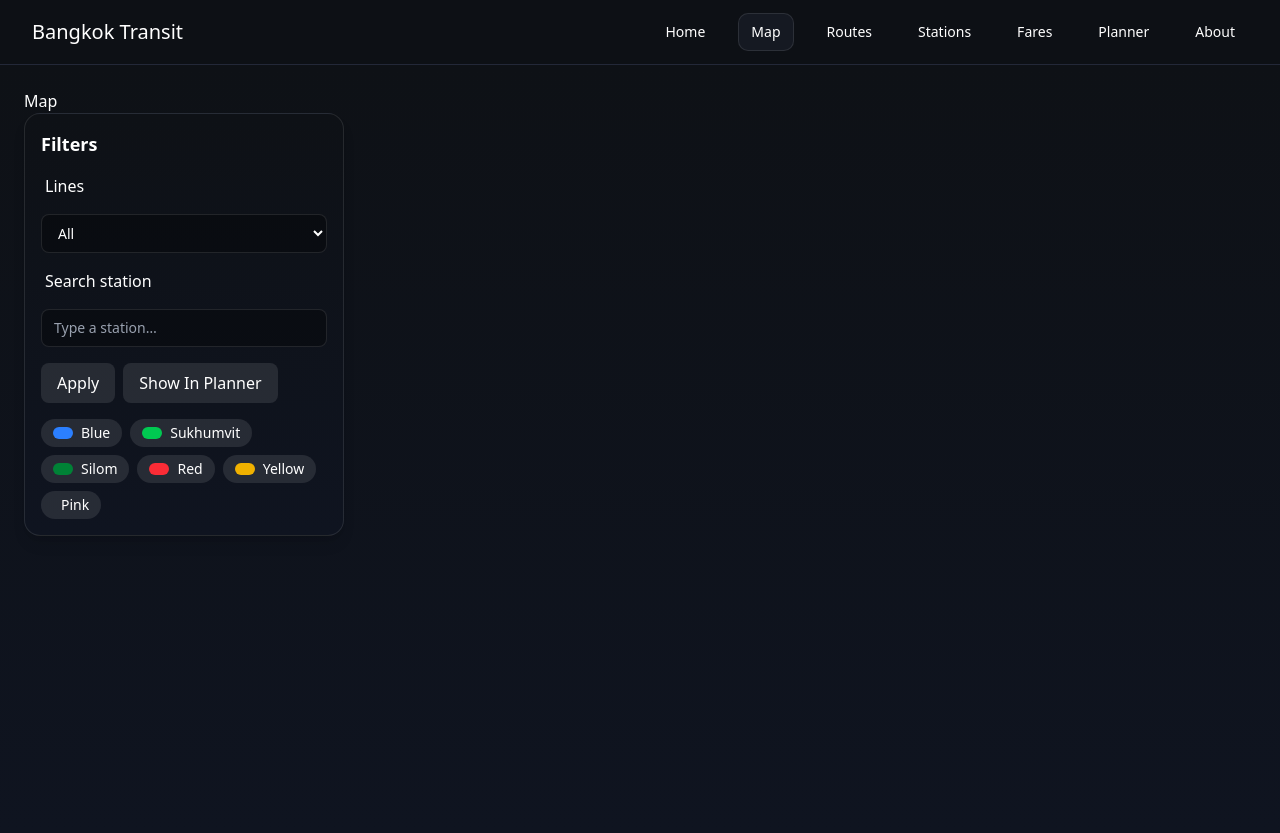
Repository: pyaestk/Bangkok-transit-map
Page: /map
The author's editor kept a copy of each file at every save. The page is drawn from the files as they stood at one save, then again after the next save.
The browser window is 1280 px wide. The pictures show the whole page.
The project was rebuilt for these pictures with package versions that can differ from the ones it lists, and the page was loaded fresh each time. Also part of the build but not shown: vite.config.ts, src/pages/Home.tsx, src/pages/Planner.tsx, src/pages/Stations.tsx, src/pages/TrainRoutes.tsx, src/pages/Fares.tsx, src/pages/About.tsx.

Above is the page before, as saved 2025-10-04 10:07:30.

After the next save:
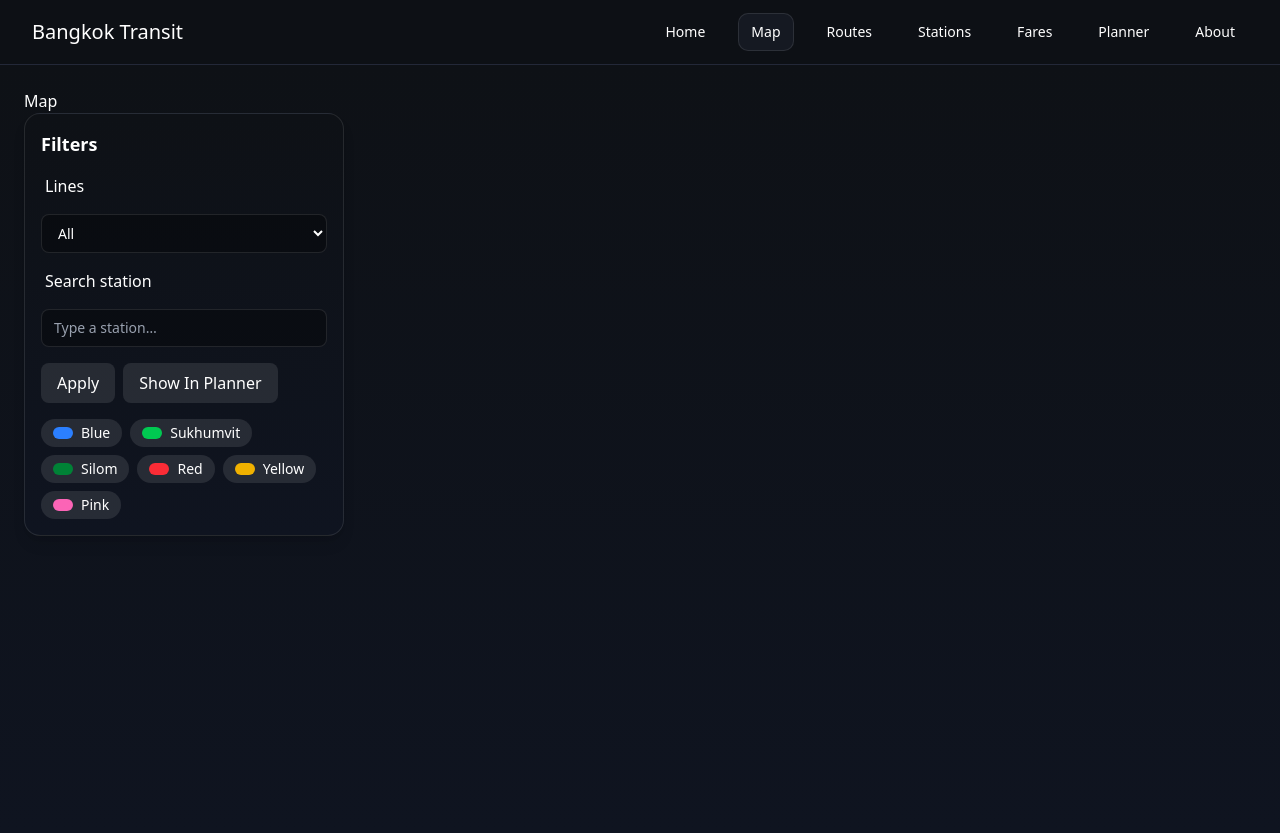
Saved 33 s later.
--- a/src/component/FiltersCard.tsx
+++ b/src/component/FiltersCard.tsx
@@ -47,7 +47,7 @@ export default function FiltersCard() {
             <span className="w-5 h-3 rounded-full bg-yellow-500 mr-2"></span> Yellow
         </span>
         <span className="flex items-center px-3 py-1 rounded-full bg-white/10">
-            <span className="w- h-3 rounded-full bg-pink-400 mr-2"></span> Pink
+            <span className="w-5 h-3 rounded-full bg-pink-400 mr-2"></span> Pink
         </span>
       </div>
     </div>
